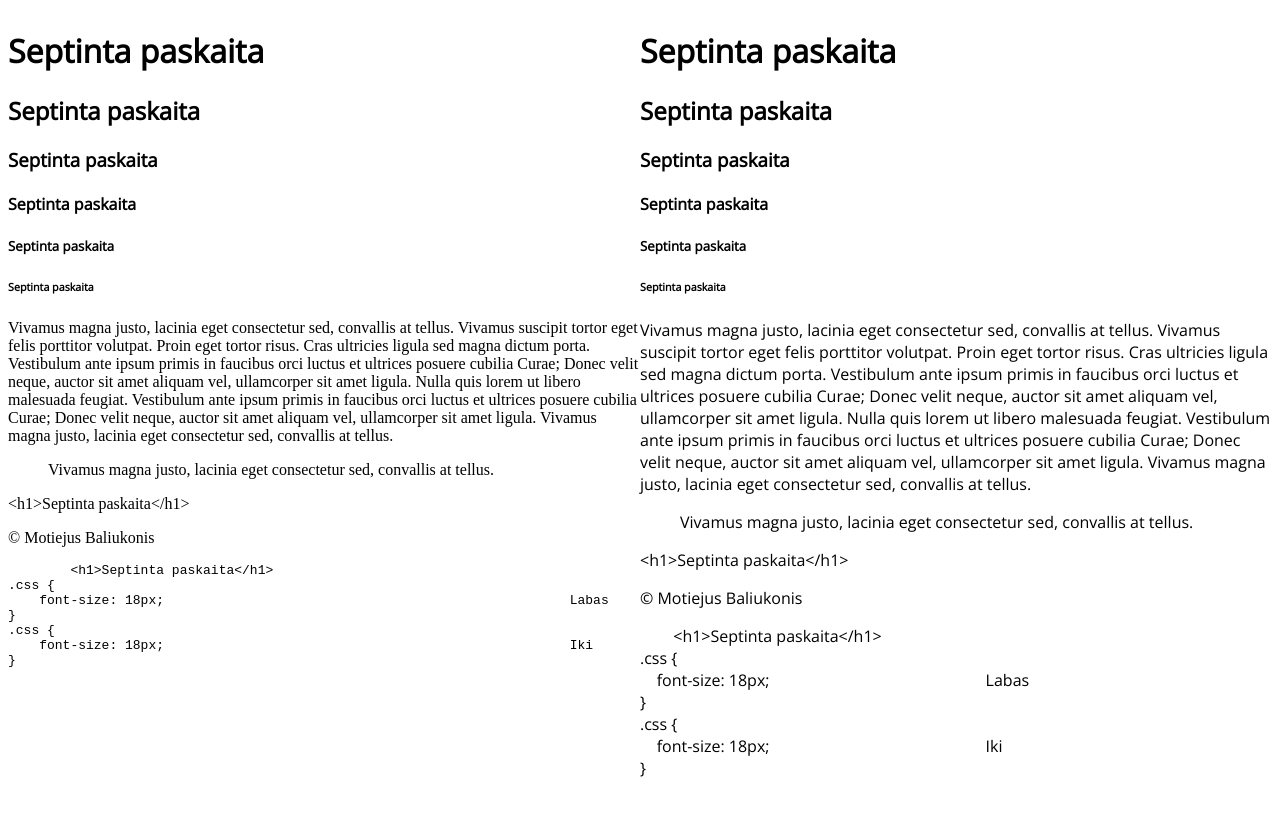
Repository: motiejus1/07-paskaita-05.31
Page: index.html
These files come from the project's save history. The page is drawn as it stood at one moment and after the next save; the edit follows.
The browser window is 1280 px wide. The pictures show the whole page.

Above is the page before, as saved 2021-06-10 19:40:07.

After the next save:
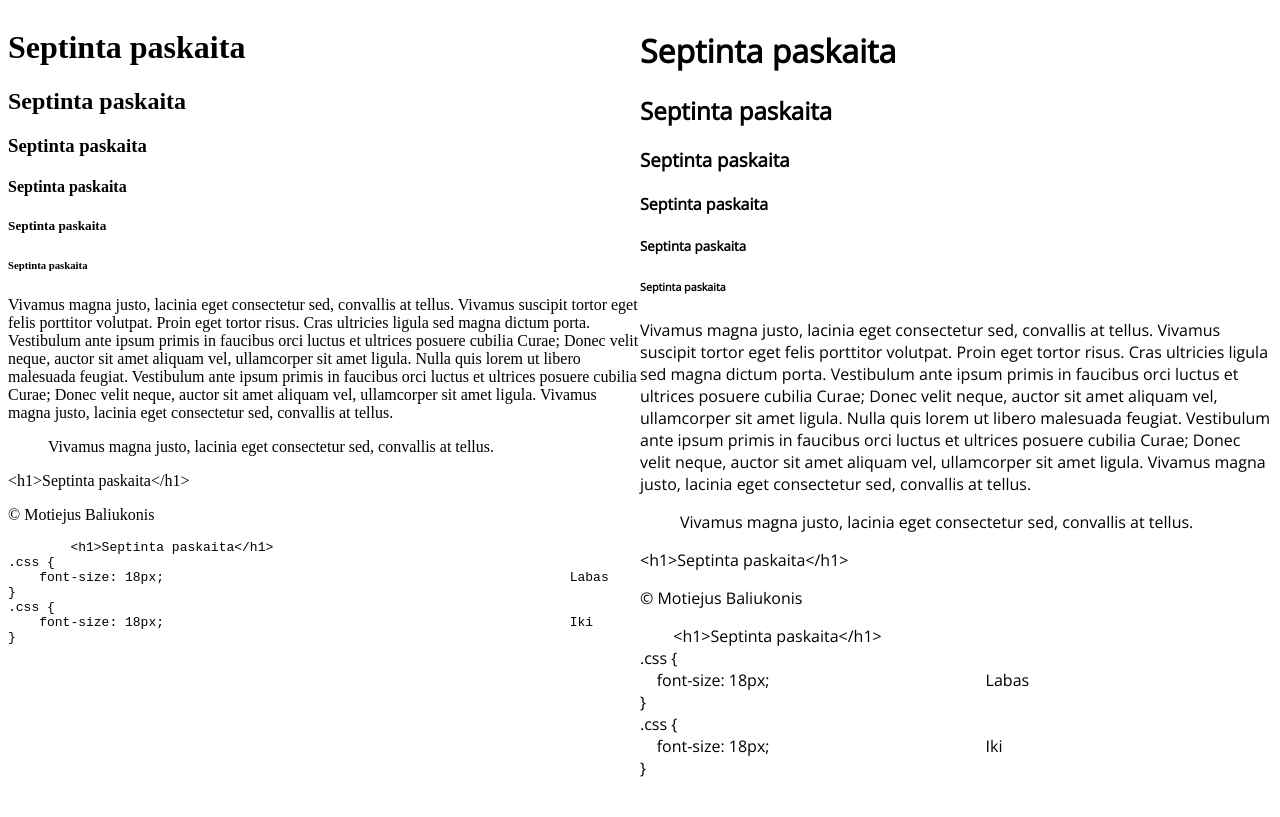
Saved 79 s later.
--- a/index.html
+++ b/index.html
@@ -35,13 +35,6 @@
 
         }
 
-        .sriftas {
-            font-family: 'Open Sans', sans-serif;
-        }
-
-        .sriftas1 {
-            font-family: 'Times New Roman', sans-serif;
-        }
     </style>
 </head>
 <body>
